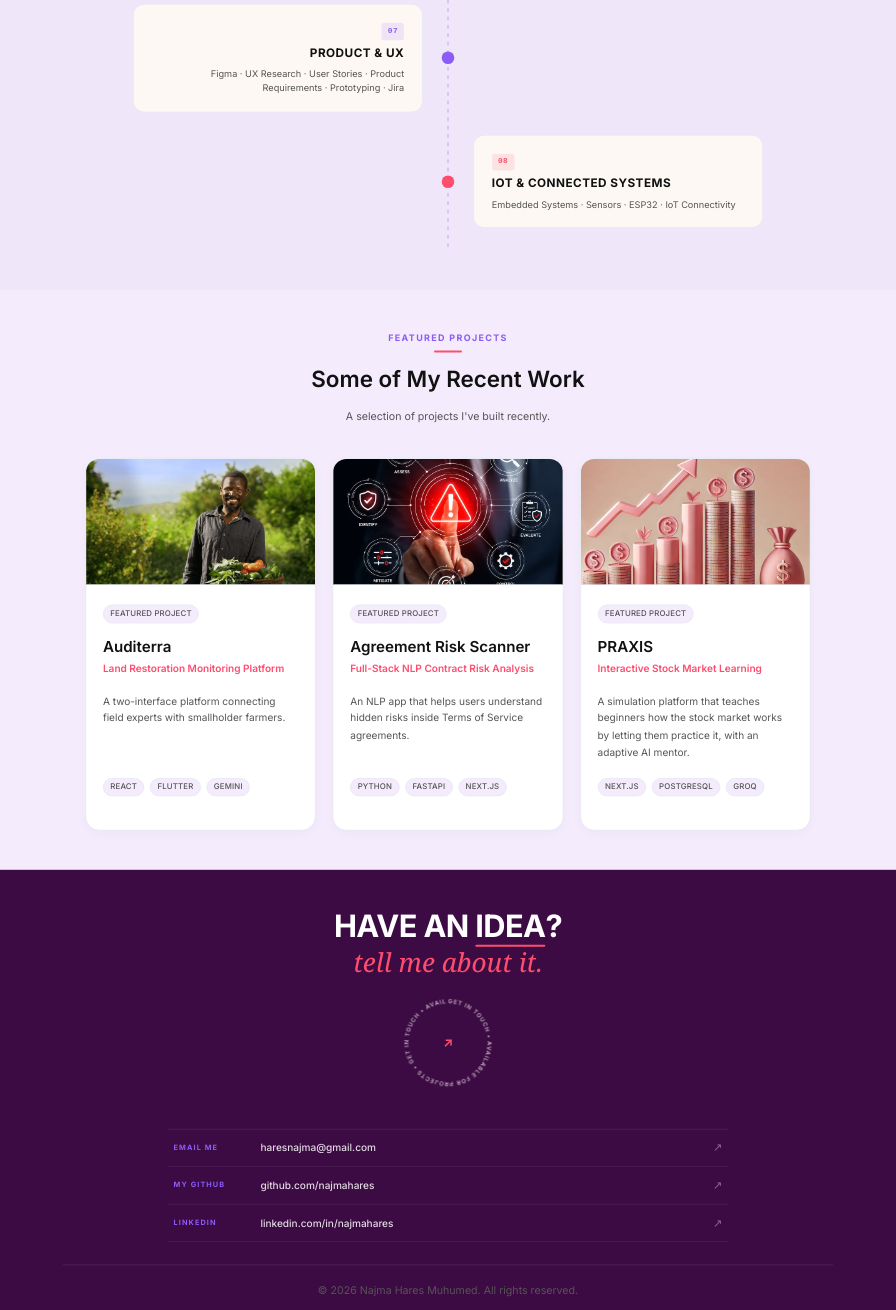
Repository: najmahares/portfolio
Page: index.html
An editor plug-in stored every save of this project. The page is shown before and after the next save, followed by the edit.
The browser window is 1280 px wide. The pictures show the part of the page from y = 2712 to 4632 px (the page is 4583 px tall before and 4632 px after), at 70% of full size.

Above is the page before, as saved 2026-09-19 11:41:53.

### index.html
<!doctype html>
<html lang="en">
  <head>
    <meta charset="UTF-8" />
    <meta name="viewport" content="width=device-width, initial-scale=1.0" />
    <title>Najma Hares | Software Engineer</title>
    <link rel="preconnect" href="https://fonts.googleapis.com" />
    <link rel="preconnect" href="https://fonts.gstatic.com" crossorigin />
    <link
      href="https://fonts.googleapis.com/css2?family=Inter:wght@300;400;500;600;700&display=swap"
      rel="stylesheet"
    />
    <link rel="stylesheet" href="css/style.css" />
  </head>
  <body>
    <nav class="navbar">
      <div class="container nav-container">
        <a href="index.html" class="logo">Najma Hares</a>
        <div class="nav-links">
          <a href="index.html" class="active">Home</a>
          <a href="index.html#about">About</a>
          <a href="index.html#skills">Skills</a>
          <a href="index.html#projects">Projects</a>
          <a href="index.html#contact">Contact</a>
        </div>
        <a href="mailto:haresnajma@gmail.com" class="btn btn-primary magnetic"
          >Let's Talk</a
        >
      </div>
    </nav>

    <section class="hero">
      <div class="container hero-grid">
        <div class="hero-content">
          <span class="badge reveal"
            >SOFTWARE ENGINEER · AI · DATA · SECURITY</span
          >
          <h1 class="reveal">
            Hi, I'm <span class="text-accent">Najma</span><br />I build
            practical software for real-world problems.
          </h1>
          <p class="hero-desc reveal">
            <strong
              >I like turning <i>“what if?”</i> into <i>“let’s build it.”</i>
            </strong>
            <br />
            I’m naturally curious, and I tend to follow questions all the way
            down the rabbit hole. <br />
            That means researching the problem, challenging assumptions,
            experimenting with ideas and eventually building something that
            people can use. My work has taken me across software, AI, data and
            product design.
            <br />
            <strong
              >Because sometimes the best way to answer a question is to build
              something and see what happens.</strong
            >
          </p>
          <div class="hero-buttons reveal">
            <a href="index.html#contact" class="btn btn-primary magnetic"
              >Get in Touch</a
            >
            <a href="index.html#projects" class="btn btn-outline magnetic"
              >View my work</a
            >
          </div>
        </div>

        <div class="hero-image-wrapper reveal">
          <div class="avatar-graphic tilt-card" data-rotate="45">
            <img
              src="assets/portfolio_image.jpg"
              alt="Najma Hares"
              class="hero-img"
            />
          </div>
        </div>
      </div>
    </section>

    <section id="about" class="section">
      <div class="container">
        <div class="section-header reveal">
          <span class="section-tag">WHAT I DO</span>
          <h2>I build across the software lifecycle.</h2>
        </div>

        <div class="about-grid">
          <div class="about-text reveal">
            <p>
              I build software across
              <strong>web, mobile and backend systems</strong>, developing
              applications, APIs and data-driven solutions from implementation
              through testing. My experience also spans
              <strong>AI and machine learning</strong>, including data
              processing, LLMs, RAG and intelligent application workflows,
              alongside <strong>application security</strong> through secure
              authentication, authorization and secure coding practices.
            </p>

            <p>
              Beyond development, I work across
              <strong>quality engineering, product and UX</strong>, contributing
              to testing, user research, requirements, product design and
              prototyping to turn problems into
              <strong>practical, reliable solutions</strong>.
            </p>
          </div>

          <div class="stats-grid">
            <div class="card stat-card reveal tilt-card">
              <h3>01</h3>
              <p>Software Development</p>
              <span class="stat-sub">Web · Mobile · Backend</span>
            </div>
            <div class="card stat-card reveal tilt-card">
              <h3>02</h3>
              <p>AI &amp; Data</p>
              <span class="stat-sub">Machine Learning · LLMs · RAG</span>
            </div>
            <div class="card stat-card reveal tilt-card">
              <h3>03</h3>
              <p>Security &amp; Quality</p>
              <span class="stat-sub"
                >Secure Development · Testing · Automation</span
              >
            </div>
            <div class="card stat-card reveal tilt-card">
              <h3>04</h3>
              <p>Product &amp; UX</p>
              <span class="stat-sub">Research · Requirements · Design</span>
            </div>
          </div>
        </div>
      </div>
    </section>

    <section id="skills" class="section bg-alt">
      <div class="container">
        <div class="section-header reveal">
          <span class="section-tag">TECHNICAL EXPERTISE</span>
          <h2>I work across the stack <strong>and beyond it.</strong></h2>
          <p>
            A broad technical foundation spanning intelligent systems, software
            engineering, security, quality and product development.
          </p>
        </div>

        <div class="zigzag-flow">
          <div class="zigzag-row left reveal">
            <div class="zigzag-card">
              <span class="zigzag-number">01</span>
              <h3>AI &amp; Machine Learning</h3>
              <p>
                Python · Pandas · NumPy · Scikit-learn · LLM APIs · RAG · AI
                Agents · Prompt Engineering
              </p>
            </div>
            <div class="zigzag-node"></div>
            <div class="zigzag-empty"></div>
          </div>

          <div class="zigzag-row right reveal">
            <div class="zigzag-empty"></div>
            <div class="zigzag-node"></div>
            <div class="zigzag-card">
              <span class="zigzag-number">02</span>
              <h3>Backend Engineering</h3>
              <p>
                Python · FastAPI · REST APIs · PostgreSQL · SQL · Data Modelling
              </p>
            </div>
          </div>

          <div class="zigzag-row left reveal">
            <div class="zigzag-card">
              <span class="zigzag-number">03</span>
              <h3>Cybersecurity</h3>
              <p>
                Authentication · Authorization · Secure Coding · API Security ·
                Input Validation · OWASP
              </p>
            </div>
            <div class="zigzag-node"></div>
            <div class="zigzag-empty"></div>
          </div>

          <div class="zigzag-row right reveal">
            <div class="zigzag-empty"></div>
            <div class="zigzag-node"></div>
            <div class="zigzag-card">
              <span class="zigzag-number">04</span>
              <h3>Quality Engineering</h3>
              <p>
                Jest · Postman · Cypress · Playwright · Unit Testing · API
                Testing · E2E Testing
              </p>
            </div>
          </div>

          <div class="zigzag-row left reveal">
            <div class="zigzag-card">
              <span class="zigzag-number">05</span>
              <h3>Web Development</h3>
              <p>React · Next.js · TypeScript · HTML · CSS</p>
            </div>
            <div class="zigzag-node"></div>
            <div class="zigzag-empty"></div>
          </div>

          <div class="zigzag-row right reveal">
            <div class="zigzag-empty"></div>
            <div class="zigzag-node"></div>
            <div class="zigzag-card">
              <span class="zigzag-number">06</span>
              <h3>Mobile Development</h3>
              <p>Flutter · Dart · State Management · API Integration</p>
            </div>
          </div>

          <div class="zigzag-row left reveal">
            <div class="zigzag-card">
              <span class="zigzag-number">07</span>
              <h3>Product &amp; UX</h3>
              <p>
                Figma · UX Research · User Stories · Product Requirements ·
                Prototyping · Jira
              </p>
            </div>
            <div class="zigzag-node"></div>
            <div class="zigzag-empty"></div>
          </div>

          <div class="zigzag-row right reveal">
            <div class="zigzag-empty"></div>
            <div class="zigzag-node"></div>
            <div class="zigzag-card">
              <span class="zigzag-number">08</span>
              <h3>IoT &amp; Connected Systems</h3>
              <p>Embedded Systems · Sensors · ESP32 · IoT Connectivity</p>
            </div>
          </div>
        </div>
      </div>
    </section>

    <section id="projects" class="section">
      <div class="container">
        <div class="section-header reveal">
          <span class="section-tag">FEATURED PROJECTS</span>
          <h2>Some of My Recent Work</h2>
          <p>A selection of projects I've built recently.</p>
        </div>

        <div class="projects-grid">
          <a href="project.html" class="card project-card reveal tilt-card">
            <div
              class="project-img"
              style="
                background-image: url(&quot;assets/project-auditerra.jpg&quot;);
              "
            ></div>
            <div class="project-info">
              <span class="badge-sm">FEATURED PROJECT</span>
              <h3>Auditerra</h3>
              <p class="project-subtitle">
                Land Restoration Monitoring Platform
              </p>
              <p class="project-desc">
                A two-interface platform connecting field experts with
                smallholder farmers.
              </p>
              <div class="project-tags">
                <span class="badge-sm">React</span>
                <span class="badge-sm">Flutter</span>
                <span class="badge-sm">Gemini</span>
              </div>
            </div>
          </a>

          <a href="agreement.html" class="card project-card reveal tilt-card">
            <div
              class="project-img"
              style="
                background-image: url(&quot;assets/portfolio-agreement.jpg&quot;);
              "
            ></div>
            <div class="project-info">
              <span class="badge-sm">FEATURED PROJECT</span>
              <h3>Agreement Risk Scanner</h3>
              <p class="project-subtitle">
                Full-Stack NLP Contract Risk Analysis
              </p>
              <p class="project-desc">
                An NLP app that helps users understand hidden risks inside Terms
                of Service agreements.
              </p>
              <div class="project-tags">
                <span class="badge-sm">Python</span>
                <span class="badge-sm">FastAPI</span>
                <span class="badge-sm">Next.js</span>
              </div>
            </div>
          </a>

          <a href="praxis.html" class="card project-card reveal tilt-card">
            <div
              class="project-img"
              style="background-image: url(&quot;assets/praxis-home.jpg&quot;)"
            ></div>
            <div class="project-info">
              <span class="badge-sm">FEATURED PROJECT</span>
              <h3>PRAXIS</h3>
              <p class="project-subtitle">Interactive Stock Market Learning</p>
              <p class="project-desc">
                A simulation platform that teaches beginners how the stock
                market works by letting them practice it, with an adaptive AI
                mentor.
              </p>
              <div class="project-tags">
                <span class="badge-sm">Next.js</span>
                <span class="badge-sm">PostgreSQL</span>
                <span class="badge-sm">Groq</span>
              </div>
            </div>
          </a>
        </div>
      </div>
    </section>

    <footer id="contact" class="footer">
      <div class="container">
        <div class="footer-hero reveal">
          <h2 class="footer-headline">
            HAVE AN <span class="footer-headline-underline">IDEA</span>?
            <span class="footer-headline-italic">tell me about it.</span>
          </h2>

          <a
            href="mailto:haresnajma@gmail.com"
            class="footer-badge"
            aria-label="Send me an email"
          >
            <svg viewBox="0 0 200 200" class="footer-badge-text">
              <defs>
                <path
                  id="circlePath"
                  d="M 100, 100 m -75, 0 a 75,75 0 1,1 150,0 a 75,75 0 1,1 -150,0"
                />
              </defs>
              <text>
                <textPath href="#circlePath" startOffset="0%">
                  GET IN TOUCH • AVAILABLE FOR PROJECTS • GET IN TOUCH •
                  AVAILABLE FOR PROJECTS •
                </textPath>
              </text>
            </svg>
            <span class="footer-badge-icon">↗</span>
          </a>
        </div>

        <div class="footer-contacts reveal">
          <a href="mailto:haresnajma@gmail.com" class="contact-link">
            <span class="contact-label">Email Me</span>
            <span class="contact-value">haresnajma@gmail.com</span>
            <span class="contact-arrow">↗</span>
          </a>
          <a
            href="#"
            target="_blank"
            rel="noopener noreferrer"
            class="contact-link"
          >
            <span class="contact-label">My GitHub</span>
            <span class="contact-value">github.com/najmahares</span>
            <span class="contact-arrow">↗</span>
          </a>
          <a
            href="#"
            target="_blank"
            rel="noopener noreferrer"
            class="contact-link"
          >
            <span class="contact-label">LinkedIn</span>
            <span class="contact-value">linkedin.com/in/najmahares</span>
            <span class="contact-arrow">↗</span>
          </a>
        </div>
      </div>

      <div class="container footer-bottom">
        <p>&copy; 2026 Najma Hares Muhumed. All rights reserved.</p>
      </div>
    </footer>

    <script src="js/main.js"></script>
  </body>
</html>

Loaded but not shown: js/main.js (76 lines, source omitted); css/style.css (1868 lines, source omitted)

After the next save:
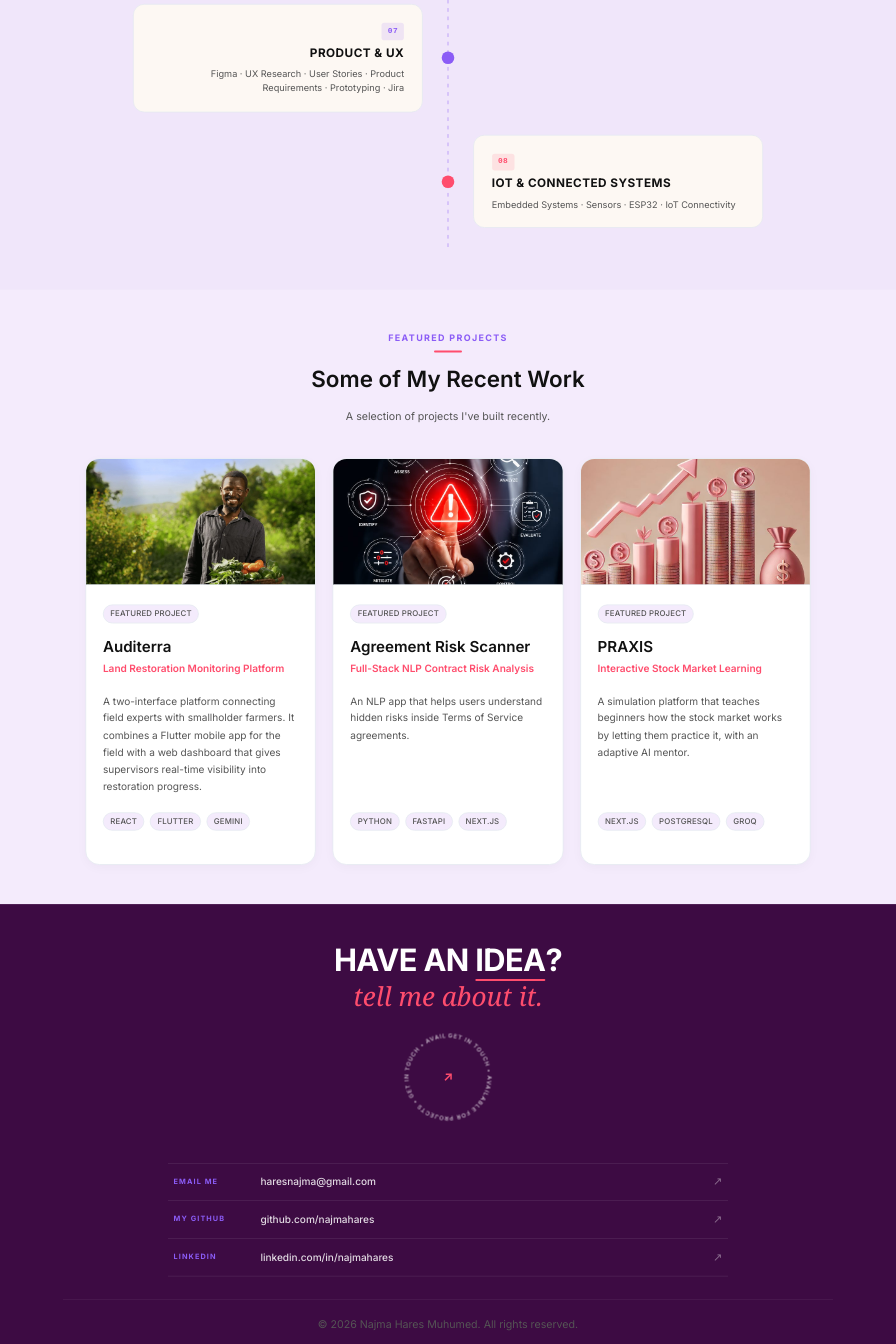
Saved 44 s later.
--- a/index.html
+++ b/index.html
@@ -268,7 +268,9 @@
               </p>
               <p class="project-desc">
                 A two-interface platform connecting field experts with
-                smallholder farmers.
+                smallholder farmers. It combines a Flutter mobile app for the
+                field with a web dashboard that gives supervisors real-time
+                visibility into restoration progress.
               </p>
               <div class="project-tags">
                 <span class="badge-sm">React</span>
